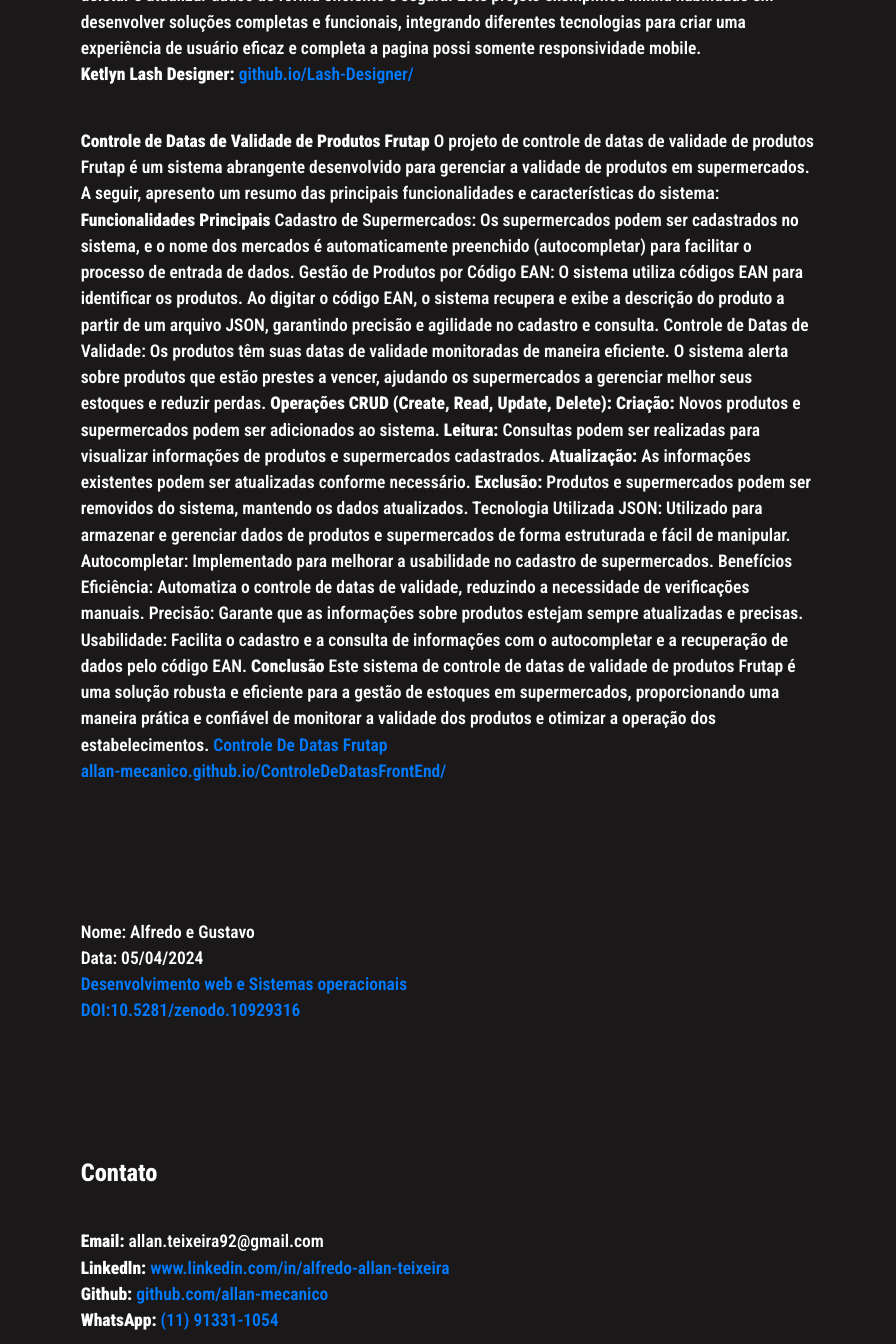
Repository: alfredo-allan/Portfolio
Page: index.html
The author's editor kept a copy of each file at every save. The page is drawn from the files as they stood at one save, then again after the next save.
The browser window is 1280 px wide. The pictures show the part of the page from y = 2659 to 4579 px (the page is 4579 px tall before and 4542 px after), at 70% of full size.

Above is the page before, as saved 2024-05-26 19:40:11.

### index.html
<!DOCTYPE html>
<html lang="pt-BR">
  <head>
    <meta charset="UTF-8" />
    <meta name="viewport" content="width=device-width, initial-scale=1.0" />
    <link
      rel="stylesheet"
      href="https://stackpath.bootstrapcdn.com/bootstrap/4.1.3/css/bootstrap.min.css"
      integrity="sha384-MCw98/SFnGE8fJT3GXwEOngsV7Zt27NXFoaoApmYm81iuXoPkFOJwJ8ERdknLPMO"
      crossorigin="anonymous"
    />
    <link rel="stylesheet" href="./src/assets/styles/home.css" />
    <link
      href="https://fonts.googleapis.com/css2?family=Roboto+Condensed:ital,wght@0,100..900;1,100..900&display=swap"
      rel="stylesheet"
    />

    <title>Portfolio</title>
    <div class="foto-perfil">
      <img src="./src/assets/images/foto-perfil.jpeg" alt="Minha Foto" />
    </div>
    <div class="menu">
      <ul>
        <li><a href="#Sobre">Sobre</a></li>
        <li><a href="#Conhecimento">Conhecimento</a></li>
        <li><a href="#Contato">Contato</a></li>
        <li><a href="#Projetos">Projetos</a></li>
        <li><a href="#Atividades">Atividades Faculdade</a></li>
        <li><a href="./curriculo.html">Currículo</a></li>
      </ul>
    </div>
    <div class="container" id="Sobre">
      <h2>Sobre</h2>
      <p>
        Meu nome é Alfredo Allan, e sou um profissional dedicado e apaixonado
        por tecnologia. Possuo experiência e conhecimento em diversos cursos e
        treinamentos, tais como Shell Script, introdução ao sistema operacional
        Linux, programação para internet com JavaScript, recriação da página do
        Instagram, criação de sites com HTML5 e CSS3, Git e GitHub, estruturas
        de algoritmos, lógica e programação essencial. Além disso, também possuo
        certificações em engenharia social e phishing, e sou um usuário
        experiente de Linux. Tenho um projeto pessoal de uma página de
        empréstimo no GitHub, onde aplico meus conhecimentos e habilidades de
        programação e web design. Estou sempre em busca de aprendizado e novos
        desafios, e estou confiante de que posso contribuir de forma
        significativa para sua equipe. Estou ansioso para mostrar como minhas
        habilidades e experiências podem agregar valor à sua empresa.
      </p>
    </div>
    <div id="Conhecimento">
      <h2>Conhecimento</h2>
      <p>
        Cursando Analise e desenvolvimento de sistemas <br />
        Shell script - manipulando arquivos <br />
        Introdução ao sistema operacional linux <br />
        Programação para internet com javascritp <br />
        Recriando a pagina do instagram <br />
        Imersão front-end Alura <br />
        Introdução a criação de sites com HTML 5 E CSS3 <br />
        Introdução ao git eo github <br />
        O que são estruturas de algoritimo <br />
        Logica e programação essencial <br />
        Engenharia social e phishing <br />
      </p>
    </div>

    <div id="sistemas">
      <h2>Sistemas Operacionais</h2>
      <p>
        Como usuário de Linux, possuo conhecimento em pacotes gerenciadores como
        apt e yum, bem como em servidores Apache. Sou capaz de estabelecer
        conexões SSH, gerar chaves públicas, e possuo boas práticas no uso do
        terminal de comandos. Além disso, possuo habilidades avançadas em
        instalação e configuração de sistemas operacionais, inclusive na
        manipulação de variáveis de ambiente como o PATH. Estas competências são
        fundamentais para garantir um ambiente de trabalho eficiente e seguro.
      </p>
    </div>
    <div id="Projetos">
      <h2>Projetos</h2>
      <p>
        Desenvolvi uma página web responsiva utilizando Bootstrap 5, HTML e CSS.
        A página possui uma simulação de empréstimo, onde o usuário pode
        escolher o número de meses para financiar e ver uma prestação
        aproximada. Além disso, incluí um botão de contato via WhatsApp para
        facilitar a comunicação com um corretor. <br />
        <strong>Emprestimo:</strong
        ><a href="https://allan-mecanico.github.io/Emprestimo-facil/index.html">
          github.io/Emprestimo-facil/
        </a>
      </p>
      <p>
        Esse projeto combina o uso de tecnologias front-end e back-end para
        criar uma aplicação web dinâmica e interativa. O front-end foi
        desenvolvido com HTML, CSS e JavaScript e está hospedado no GitHub
        Pages. Já o back-end foi feito em Python com o framework Flask e está
        hospedado no PythonAnywhere, onde é utilizado como um servidor de um
        banco de dados SQLite. A aplicação conta com rotas para criar, deletar e
        atualizar dados de forma eficiente e segura. Este projeto exemplifica
        minha habilidade em desenvolver soluções completas e funcionais,
        integrando diferentes tecnologias para criar uma experiência de usuário
        eficaz e completa a pagina possi somente responsividade mobile. <br />
        <strong>Ketlyn Lash Designer:</strong
        ><a href="https://allan-mecanico.github.io/Lash-Designer/">
          github.io/Lash-Designer/
        </a>
      </p>
      <p>
        <strong>Controle de Datas de Validade de Produtos Frutap</strong>
        O projeto de controle de datas de validade de produtos Frutap é um
        sistema abrangente desenvolvido para gerenciar a validade de produtos em
        supermercados. A seguir, apresento um resumo das principais
        funcionalidades e características do sistema:

        <strong>Funcionalidades Principais</strong>
        Cadastro de Supermercados: Os supermercados podem ser cadastrados no
        sistema, e o nome dos mercados é automaticamente preenchido
        (autocompletar) para facilitar o processo de entrada de dados. Gestão de
        Produtos por Código EAN: O sistema utiliza códigos EAN para identificar
        os produtos. Ao digitar o código EAN, o sistema recupera e exibe a
        descrição do produto a partir de um arquivo JSON, garantindo precisão e
        agilidade no cadastro e consulta. Controle de Datas de Validade: Os
        produtos têm suas datas de validade monitoradas de maneira eficiente. O
        sistema alerta sobre produtos que estão prestes a vencer, ajudando os
        supermercados a gerenciar melhor seus estoques e reduzir perdas.
        <strong>Operações CRUD (Create, Read, Update, Delete):</strong>

        <strong>Criação:</strong> Novos produtos e supermercados podem ser
        adicionados ao sistema. <strong>Leitura:</strong> Consultas podem ser
        realizadas para visualizar informações de produtos e supermercados
        cadastrados. <strong>Atualização:</strong> As informações existentes
        podem ser atualizadas conforme necessário.
        <strong>Exclusão:</strong> Produtos e supermercados podem ser removidos
        do sistema, mantendo os dados atualizados. Tecnologia Utilizada JSON:
        Utilizado para armazenar e gerenciar dados de produtos e supermercados
        de forma estruturada e fácil de manipular. Autocompletar: Implementado
        para melhorar a usabilidade no cadastro de supermercados. Benefícios
        Eficiência: Automatiza o controle de datas de validade, reduzindo a
        necessidade de verificações manuais. Precisão: Garante que as
        informações sobre produtos estejam sempre atualizadas e precisas.
        Usabilidade: Facilita o cadastro e a consulta de informações com o
        autocompletar e a recuperação de dados pelo código EAN.
        <strong>Conclusão</strong>
        Este sistema de controle de datas de validade de produtos Frutap é uma
        solução robusta e eficiente para a gestão de estoques em supermercados,
        proporcionando uma maneira prática e confiável de monitorar a validade
        dos produtos e otimizar a operação dos estabelecimentos.
        <a href="https://allan-mecanico.github.io/ControleDeDatasFrontEnd/"
          >Controle De Datas Frutap <br> allan-mecanico.github.io/ControleDeDatasFrontEnd/</a
        >
      </p>
    </div>
    <div id="Atividades">
      <p>
          Nome: Alfredo e Gustavo  <br>
          Data: 05/04/2024 <br>
        <a href="https://zenodo.org/records/10929316"
          >Desenvolvimento web e Sistemas operacionais <br>
          DOI:10.5281/zenodo.10929316</a
        >
      </p>
    </div>
    <div id="Contato">
      <h2>Contato</h2>

      <p>
        <strong>Email:</strong> allan.teixeira92@gmail.com <br />
        <strong>Linkedln:</strong
        ><a
          href="https://www.linkedin.com/in/alfredo-allan-teixeira-ba2701149/"
        >
          www.linkedin.com/in/alfredo-allan-teixeira <br
        /></a>

        <strong>Github:</strong
        ><a href="https://github.com/allan-mecanico">
          github.com/allan-mecanico<br
        /></a>
        <strong>WhatsApp:</strong
        ><a href="https://api.whatsapp.com/send?phone=5511913311054">
          (11) 91331-1054<br
        /></a>
      </p>
    </div>
  </head>
  <body>
    <script
      src="https://code.jquery.com/jquery-3.3.1.slim.min.js"
      integrity="sha384-q8i/X+965DzO0rT7abK41JStQIAqVgRVzpbzo5smXKp4YfRvH+8abtTE1Pi6jizo"
      crossorigin="anonymous"
    ></script>
    <script
      src="https://cdnjs.cloudflare.com/ajax/libs/popper.js/1.14.3/umd/popper.min.js"
      integrity="sha384-ZMP7rVo3mIykV+2+9J3UJ46jBk0WLaUAdn689aCwoqbBJiSnjAK/l8WvCWPIPm49"
      crossorigin="anonymous"
    ></script>
    <script
      src="https://stackpath.bootstrapcdn.com/bootstrap/4.1.3/js/bootstrap.min.js"
      integrity="sha384-ChfqqxuZUCnJSK3+MXmPNIyE6ZbWh2IMqE241rYiqJxyMiZ6OW/JmZQ5stwEULTy"
      crossorigin="anonymous"
    ></script>
  </body>
</html>

### src/assets/styles/home.css
:root {
  --roboto-condensed: "Roboto Condensed", sans-serif;
}

body {
  font-family: var(--roboto-condensed);
  background-color: rgb(26, 24, 24);
  background-position: center;
  background-size: cover;
}

@media (min-width: 310px) and (max-width: 480px) {
  body {
    background-image: url("../images/git-img.jpg");
    background-repeat: no-repeat;
    background-attachment: fixed;
  }
}

.menu ul {
  font-size: 1.5rem;
  font-weight: 600;
  margin-top: -14%;
  margin-right: 4%;
  text-align: right;
  list-style: none;
  li {
    margin-right: 12px;
    display: inline-block;
  }
}

@media only screen and (min-width: 310px) and (max-width: 450px) {
  .menu ul {
    font-weight: 1000;
    text-align: left;
    margin-top: -45%;
    padding: 20%;
    margin-left: 40%;
    font-size: 20px;
  }
}

.foto-perfil {
  margin-top: 1%;
  margin-left: 8%;
  width: 200px;
  height: 200px;
  border-radius: 50%;
  overflow: hidden;
}

.foto-perfil img {
  width: 100%;
  height: 100%;
  object-fit: cover;
}

@media only screen and (min-width: 310px) and (max-width: 450px) {
  .foto-perfil {
    width: 80px;
    height: 80px;
    margin-left: 10%;
    margin-top: 7%;
  }
}

#Sobre {
  color: white;
  margin-top: 20%;
  margin-left: 9%;
  h2 {
    font-weight: 1000;
    font-size: 35px;
    font-weight: 800;
  }
  p {
    font-weight: 300;
    margin-top: 5%;
    font-size: 25px;
    font-family: var(--roboto-condensed);
    width: 100%; /* Define a largura desejada */
    font-weight: 600;
  }
}

@media only screen and (min-width: 310px) and (max-width: 450px) {
  #Sobre {
    margin-left: -1%;
    margin-top: -10%;
    h2 {
      color: white;
      font-size: 22px;
      font-weight: 800;
    }
    p {
      color: white;
      margin-top: 5%;
      font-size: 18px;
      font-family: var(--roboto-condensed);
      width: 100%; /* Define a largura desejada */
      font-weight: 350;
    }
  }
}

#Conhecimento {
  color: white;
  margin-top: 15%;
  margin-left: 9%;
  h2 {
    font-size: 35px;
    font-weight: 800;
  }
  p {
    margin-top: 5%;
    font-size: 25px;
    font-family: var(--roboto-condensed);
    width: 90%; /* Define a largura desejada */
    font-weight: 600;
  }
}

@media only screen and (min-width: 310px) and (max-width: 450px) {
  #Conhecimento {
    margin-left: 1%;
    margin-top: 35%;
    h2 {
      color: white;
      font-size: 22px;
      font-weight: 800;
    }
    p {
      color: white;
      margin-top: 5%;
      font-size: 18px;
      font-family: var(--roboto-condensed);
      width: 100%; /* Define a largura desejada */
      font-weight: 350;
    }
  }
}
#sistemas {
  color: white;
  margin-top: 15%;
  margin-left: 9%;
  h2 {
    font-size: 35px;
    font-weight: 800;
  }
  p {
    margin-top: 5%;
    font-size: 25px;
    font-family: var(--roboto-condensed);
    width: 90%; /* Define a largura desejada */
    font-weight: 600;
  }
}

@media only screen and (min-width: 310px) and (max-width: 450px) {
  #sistemas {
    margin-left: -0%;
    margin-top: 20%;
    h2 {
      font-size: 22px;
      font-weight: 800;
    }
    p {
      margin-top: 5%;
      font-size: 18px;
      font-family: var(--roboto-condensed);
      width: 100%; /* Define a largura desejada */
      font-weight: 350;
    }
  }
}

#Projetos {
  color: white;
  margin-top: 15%;
  margin-left: 9%;
  h2 {
    font-size: 35px;
    font-weight: 800;
  }
  p {
    margin-top: 5%;
    font-size: 25px;
    font-family: var(--roboto-condensed);
    width: 90%; /* Define a largura desejada */
    font-weight: 600;
  }
}

@media only screen and (min-width: 310px) and (max-width: 450px) {
  #Projetos {
    margin-left: -0%;
    margin-top: 25%;
    h2 {
      font-size: 22px;
      font-weight: 800;
    }
    p {
      color: white;
      margin-top: 5%;
      font-size: 18px;
      font-family: var(--roboto-condensed);
      width: 100%; /* Define a largura desejada */
      font-weight: 350;
    }
  }
}

#Atividades {
  color: white;
  margin-top: 15%;
  margin-left: 9%;
  h2 {
    font-size: 35px;
    font-weight: 800;
  }
  p {
    margin-top: 5%;
    font-size: 25px;
    font-family: var(--roboto-condensed);
    width: 90%; /* Define a largura desejada */
    font-weight: 600;
  }
}

@media only screen and (min-width: 310px) and (max-width: 450px) {
  #Atividades {
    margin-left: -0%;
    margin-top: 25%;
    h2 {
      font-size: 22px;
      font-weight: 800;
    }
    p {
      color: white;
      margin-top: 5%;
      font-size: 18px;
      font-family: var(--roboto-condensed);
      width: 100%; /* Define a largura desejada */
      font-weight: 350;
    }
  }
}

#Contato {
  color: white;
  margin-top: 15%;
  margin-left: 9%;
  h2 {
    font-size: 35px;
    font-weight: 800;
  }
  p {
    margin-top: 5%;
    font-size: 25px;
    font-family: var(--roboto-condensed);
    width: 90%; /* Define a largura desejada */
    font-weight: 600;
  }
}

@media only screen and (min-width: 310px) and (max-width: 450px) {
  #Contato {
    margin-top: 25%;
    margin-left: 0%;
    h2 {
      font-size: 22px;
      font-weight: 800;
    }
    p {
      width: 100%;
      margin-top: 5%;
      font-size: 18px;
      font-family: var(--roboto-condensed);
      font-weight: 350;
    }
  }
}

After the next save:
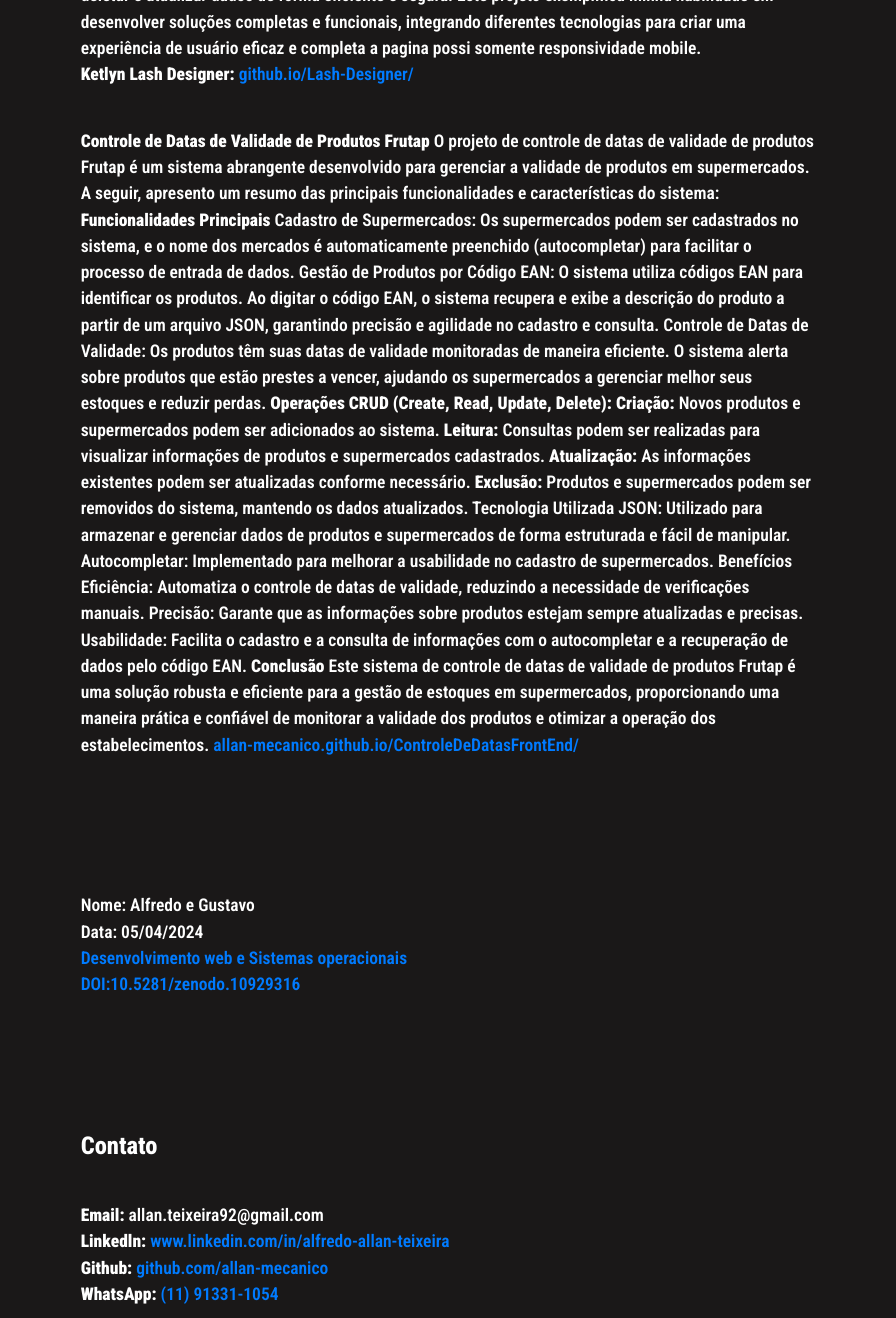
Saved 42 s later.
--- a/index.html
+++ b/index.html
@@ -146,7 +146,7 @@
         proporcionando uma maneira prática e confiável de monitorar a validade
         dos produtos e otimizar a operação dos estabelecimentos.
         <a href="https://allan-mecanico.github.io/ControleDeDatasFrontEnd/"
-          >Controle De Datas Frutap <br> allan-mecanico.github.io/ControleDeDatasFrontEnd/</a
+          >allan-mecanico.github.io/ControleDeDatasFrontEnd/</a
         >
       </p>
     </div>
